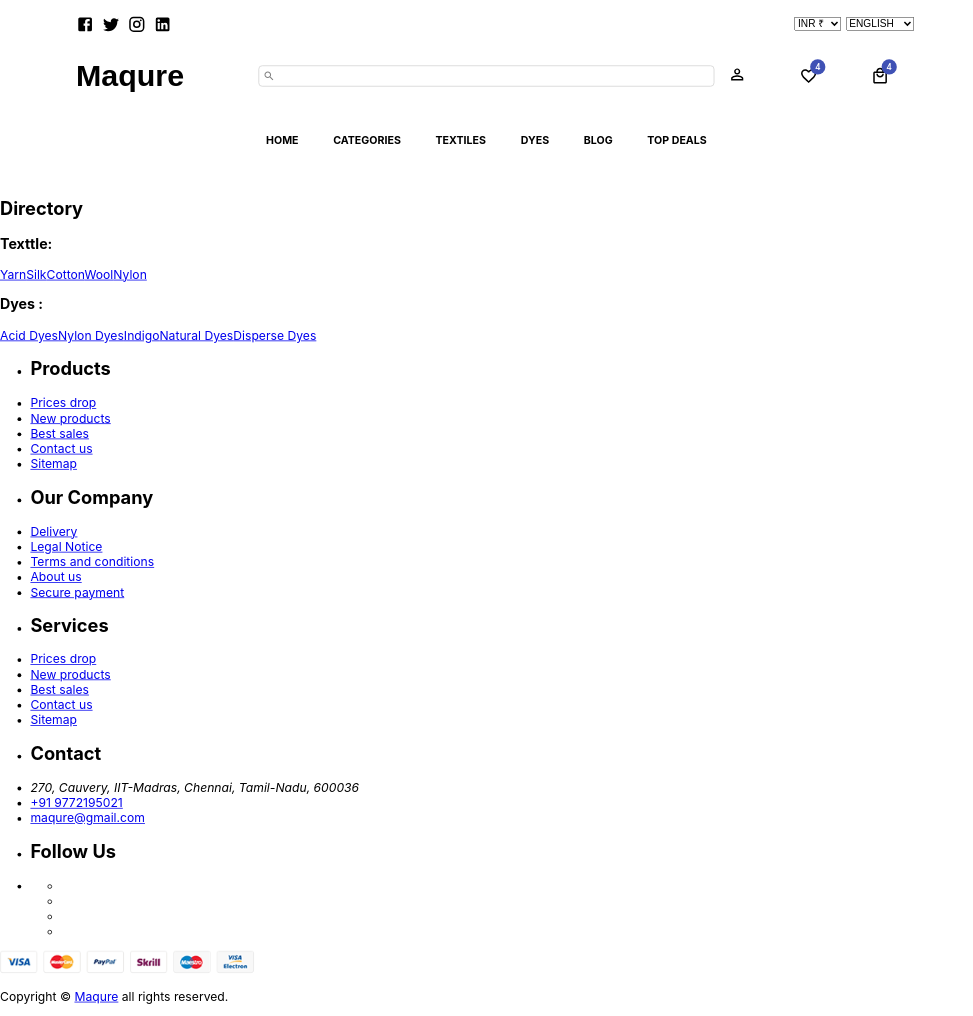
Repository: harshitsingh85420/Maqure
Page: /
The author's editor kept a copy of each file at every save. The page is drawn from the files as they stood at one save, then again after a run of saves.
The browser window is 1280 px wide. The pictures show the whole page, at 76% of full size.
The project was rebuilt for these pictures with package versions that can differ from the ones it lists, and the page was loaded fresh each time. Imported but missing from the stored project, and not drawn on this page: src/components/CSS/F.

Above is the page before, as saved 2022-05-26 02:15:08.

After the next 3 saves:
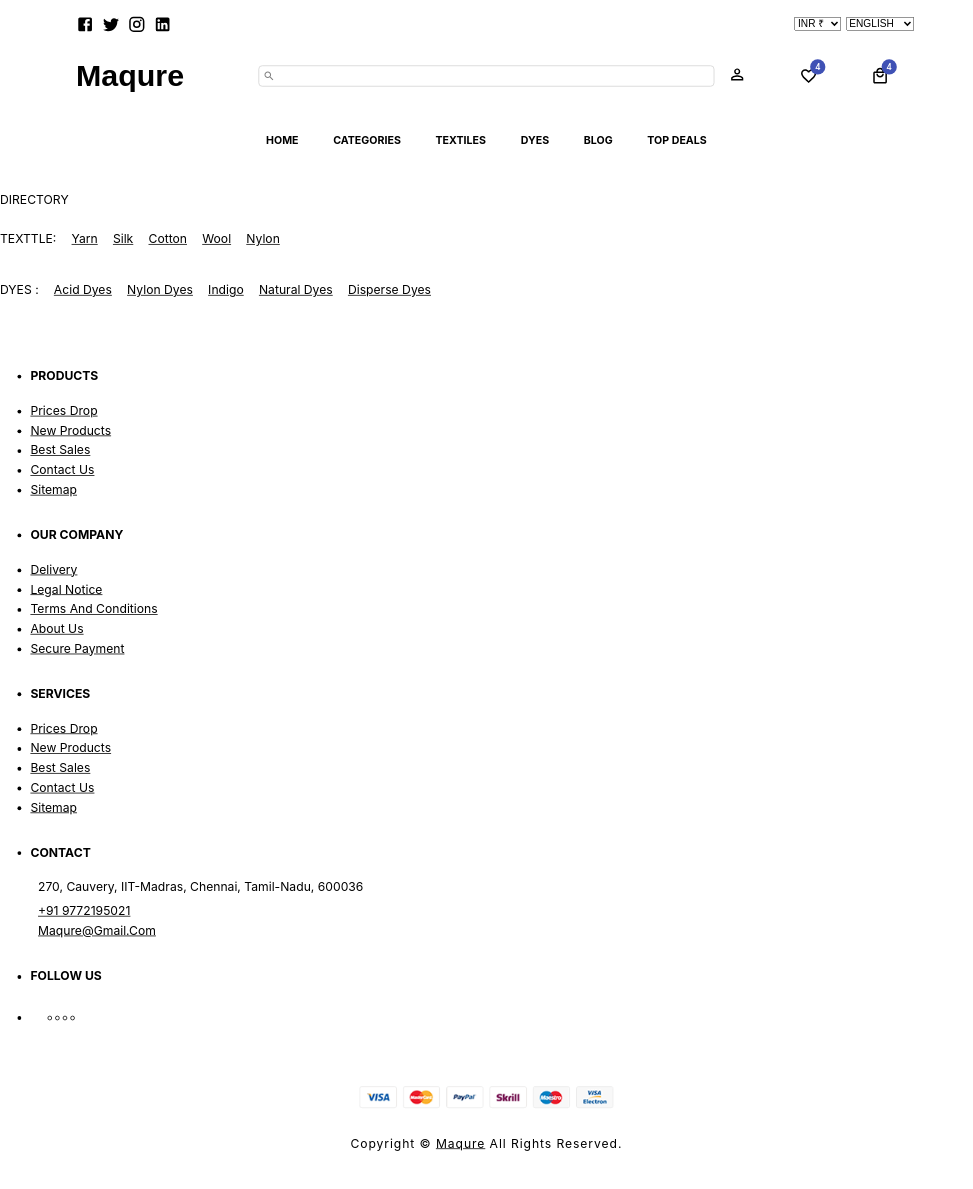
The 3 saves are shown as one change because they came seconds apart.
The last was saved 10 s later.
--- a/src/components/Footer.jsx
+++ b/src/components/Footer.jsx
@@ -1,5 +1,5 @@
 import React from 'react'
-import './CSS/F'
+import './CSS/Footer.css';
 
 function Footer() {
   return (
